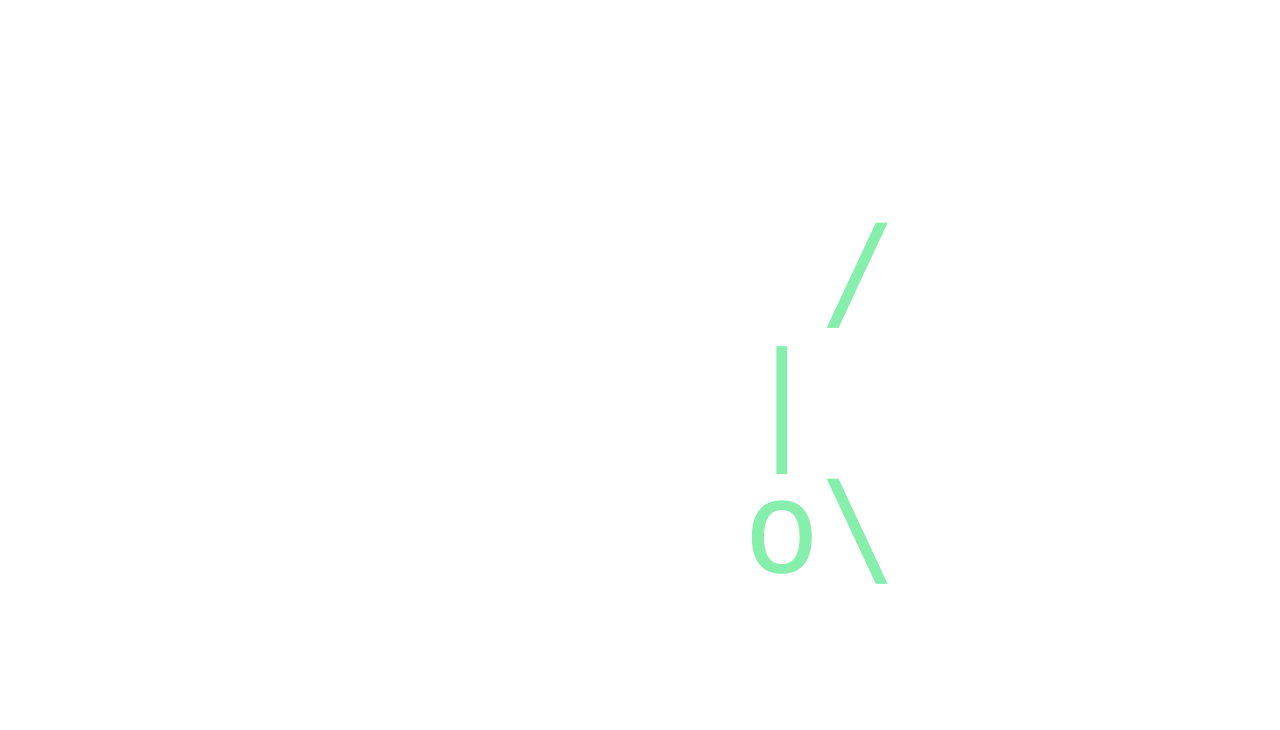
Repository: kayla-lin/graphic-design-timeline
Page: /components/Introduction/Cartwheel
These files come from the project's save history. The page is drawn as it stood at one moment and after the next save; the edit follows.
The browser window is 1280 px wide. The pictures show the whole page.
The project was rebuilt for these pictures with package versions that can differ from the ones it lists, and the page was loaded fresh each time. The framework's server and built-in components were replaced by stand-ins that run in the browser. Also part of the build but not shown: next.config.js.

Above is the page before, as saved 2023-05-01 23:15:12.

After the next save:
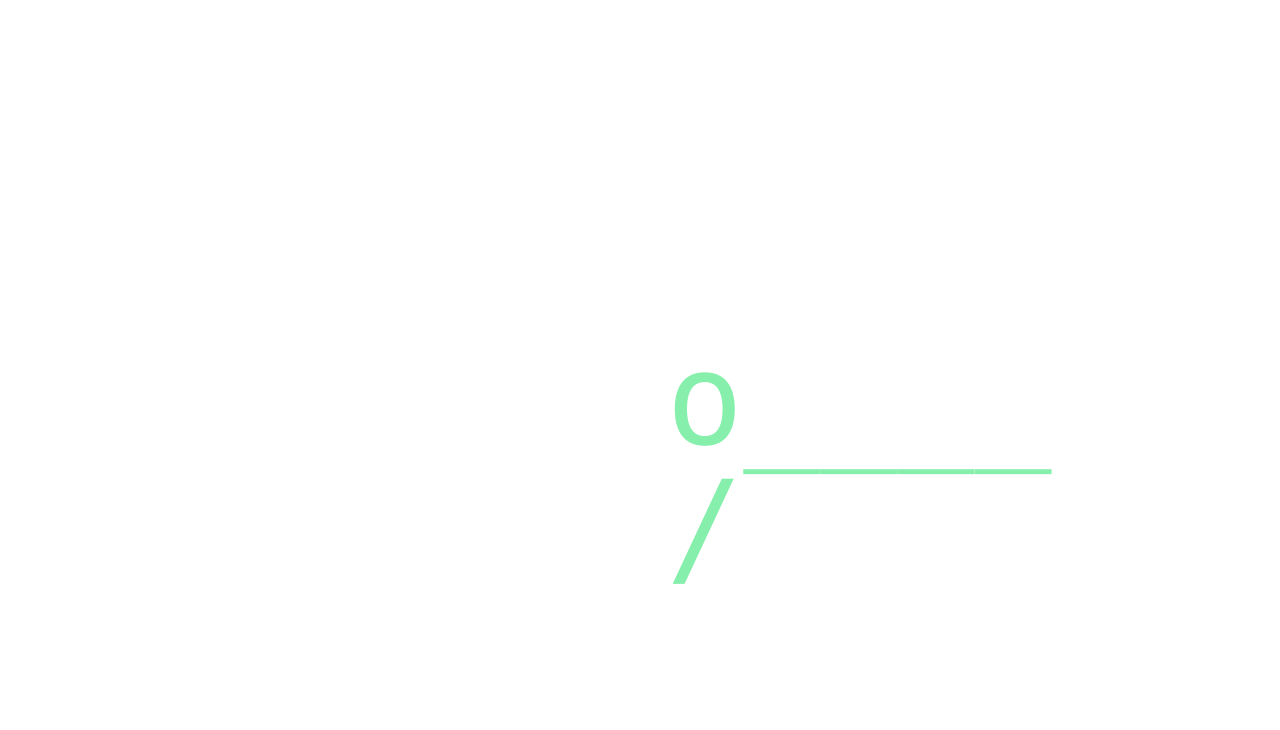
Saved 14 s later.
--- a/pages/components/Introduction/Cartwheel/index.tsx
+++ b/pages/components/Introduction/Cartwheel/index.tsx
@@ -127,7 +127,6 @@
   ].join("\n");
 
   const frames = [
-    still,
     frame1,
     frame2,
     frame3,
@@ -141,7 +140,6 @@
     frame11,
     frame12,
     frame13,
-    still,
   ];
 
   const [currentFrame, setCurrentFrame] = useState(0);
